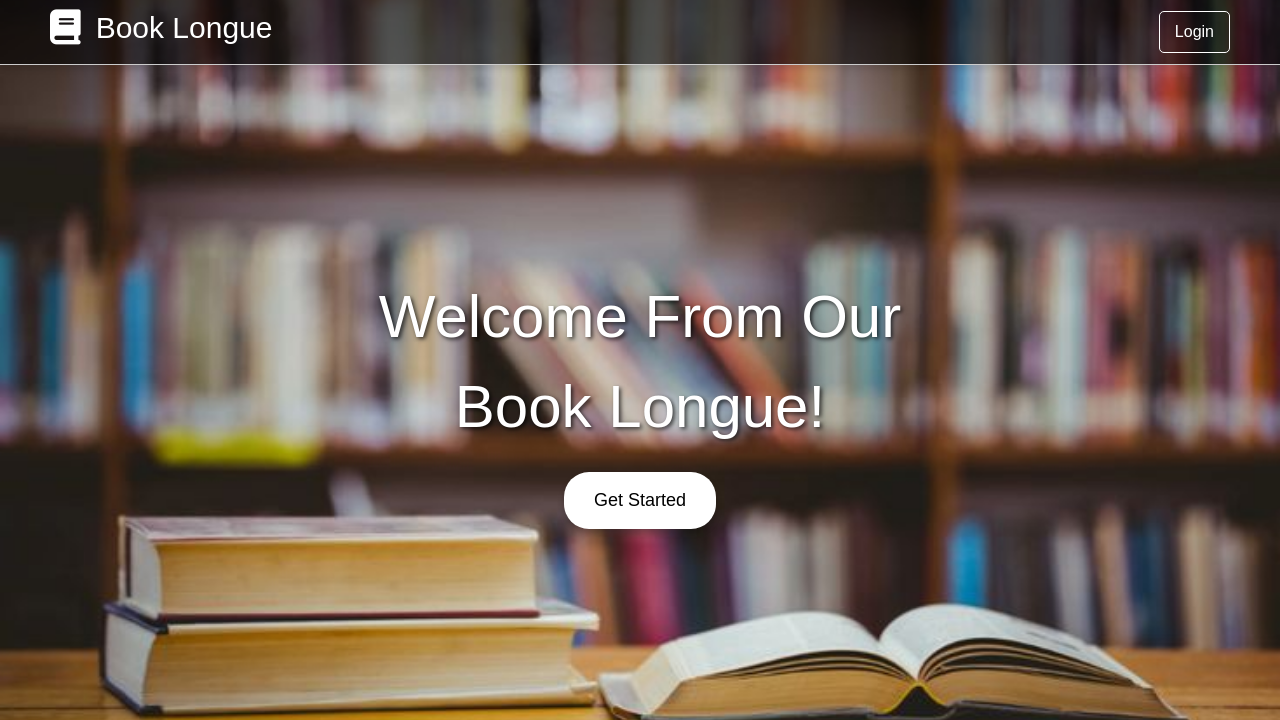
Repository: moehaymanmyint/Book-Longue-Web-System
Page: pages /GetStarted.html
An editor plug-in stored every save of this project. The page is shown before and after the next save, followed by the edit.
The browser window is 1280 px wide. The pictures show the whole page.

Above is the page before, as saved 2024-12-21 20:33:31.

After the next save:
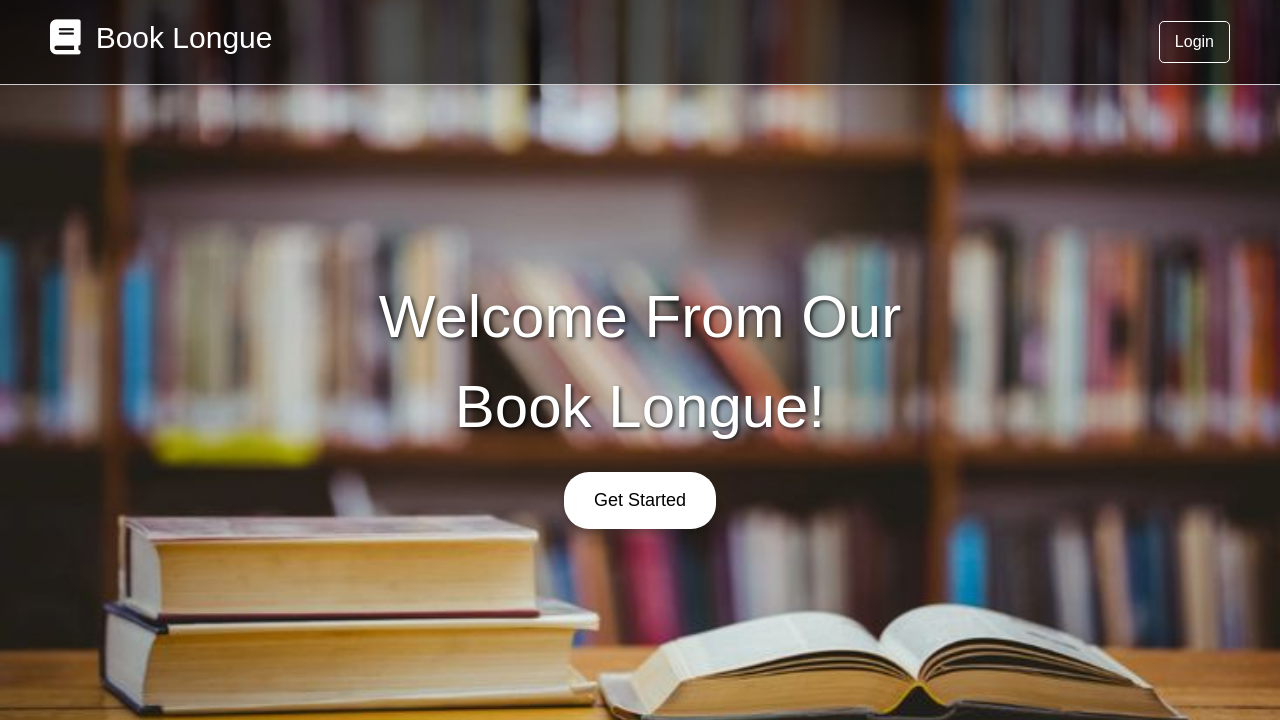
Saved 19 s later.
--- a/style/GetStarted.css
+++ b/style/GetStarted.css
@@ -13,7 +13,7 @@ body {
     display: flex;
     justify-content: space-between;
     align-items: center;
-    padding: 10px 50px;
+    padding: 20px 50px;
     background-color: rgba(0, 0, 0, 0.6);
     border-bottom: 1px solid #ccc;
     position: fixed;
